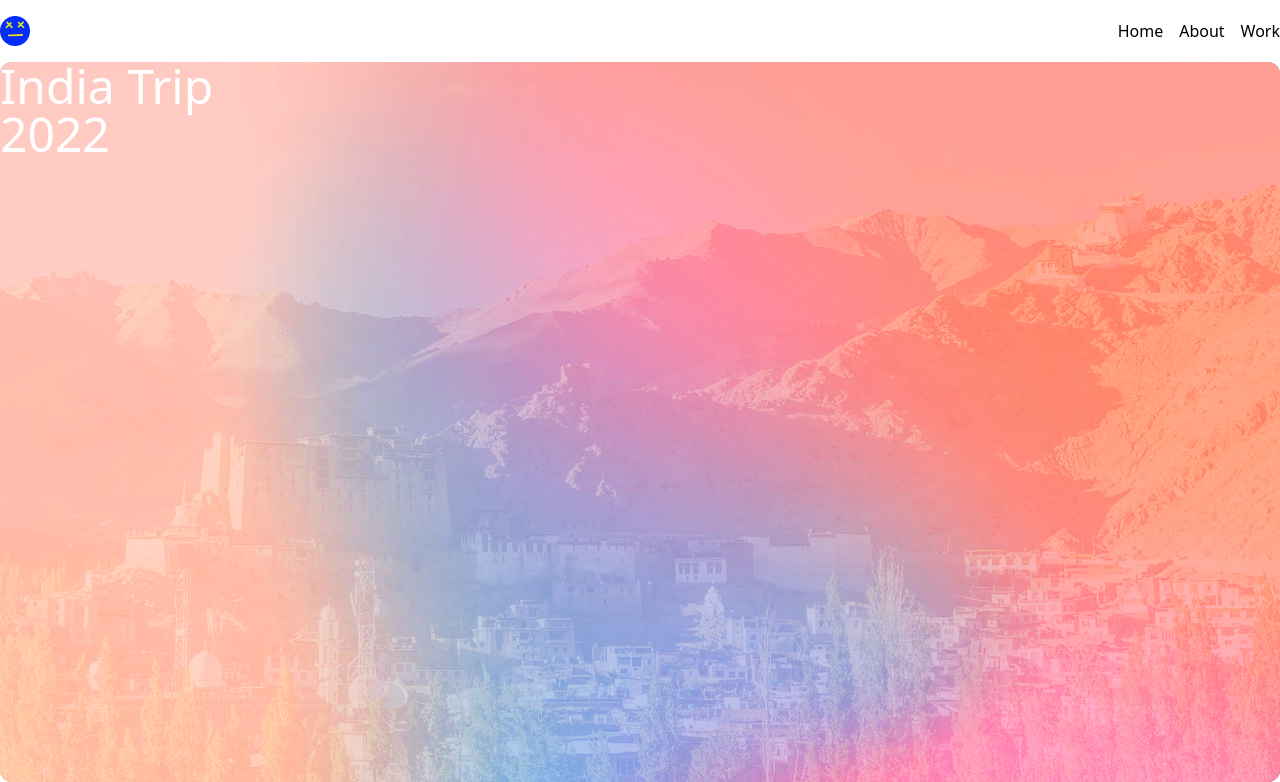
Repository: aaroncemery/aaroncemery-next
Page: /
An editor plug-in stored every save of this project. The page is shown before and after the next save, followed by the edit.
The browser window is 1280 px wide. The pictures show the whole page.
The project was rebuilt for these pictures with package versions that can differ from the ones it lists, and the page was loaded fresh each time. The framework's server and built-in components were replaced by stand-ins that run in the browser. Also part of the build but not shown: next.config.js.

Above is the page before, as saved 2022-06-13 19:52:11.

### pages/index.tsx
import type { NextPage } from 'next'
import { Fragment } from 'react'
import Image from 'next/image'
import NavIcon from '../public/assets/nav-icon.png'
import HeroImage from '../public/assets/lehguidelead.jpeg'
import MeshGradient from '../public/assets/mesh-gradient.jpg'
import Link from 'next/link'

const Home: NextPage = () => {
  return (
    <Fragment>
      <nav className="container flex justify-between items-center m-auto py-4">
        <Image src={NavIcon} alt={'aaroncemery icon'} height={30} width={30} />
        <ul className="flex justify-between items-center gap-4">
          <li>
            <Link href="/">Home</Link>
          </li>
          <li>
            <Link href="/about">About</Link>
          </li>
          <li>
            <Link href="/work">Work</Link>
          </li>
        </ul>
      </nav>
      <div
        className={`container relative bg-hero-pattern rounded-xl m-auto bg-cover aspect-video`}
      >
        <Image
          src={HeroImage}
          alt="hero image"
          className="relative rounded-xl"
          layout="fill"
        />
        <div className="absolute bg-mesh-gradient bg-cover w-full h-full top-0 left-0 mix-blend-screen aspect-video rounded-xl"></div>
        <div className="absolute bg-mesh-gradient bg-cover w-full h-full top-0 left-0 mix-blend-multiply aspect-video rounded-xl"></div>
        <div className="z-10 absolute text-5xl text-white mix-blend-overlay">
          <h1 className="">India Trip</h1>
          <h1 className="">2022</h1>
        </div>
      </div>
    </Fragment>
  )
}

export default Home

### tailwind.config.js
/** @type {import('tailwindcss').Config} */
module.exports = {
  content: [
    './pages/**/*.{js,ts,jsx,tsx}',
    './components/**/*.{js,ts,jsx,tsx}',
  ],
  theme: {
    extend: {
      backgroundImage: {
        'mesh-gradient': "url('/assets/mesh-gradient.jpg')",
      },
    },
  },
  plugins: [],
}

Loaded but not shown: pages/_app.tsx (common file); styles/globals.css (common file)

After the next save:
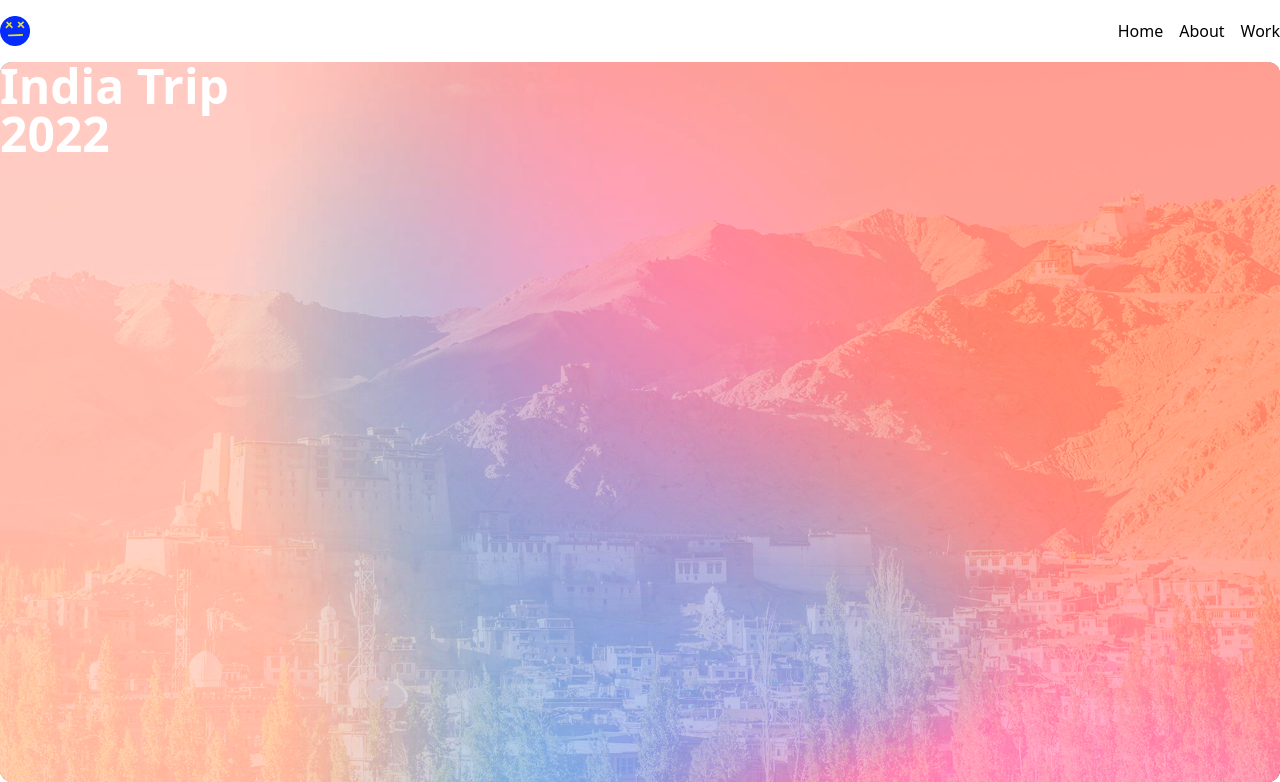
Saved 9 s later.
--- a/pages/index.tsx
+++ b/pages/index.tsx
@@ -34,7 +34,7 @@ const Home: NextPage = () => {
         />
         <div className="absolute bg-mesh-gradient bg-cover w-full h-full top-0 left-0 mix-blend-screen aspect-video rounded-xl"></div>
         <div className="absolute bg-mesh-gradient bg-cover w-full h-full top-0 left-0 mix-blend-multiply aspect-video rounded-xl"></div>
-        <div className="z-10 absolute text-5xl text-white mix-blend-overlay">
+        <div className="z-10 absolute text-5xl text-white mix-blend-overlay font-bold">
           <h1 className="">India Trip</h1>
           <h1 className="">2022</h1>
         </div>
